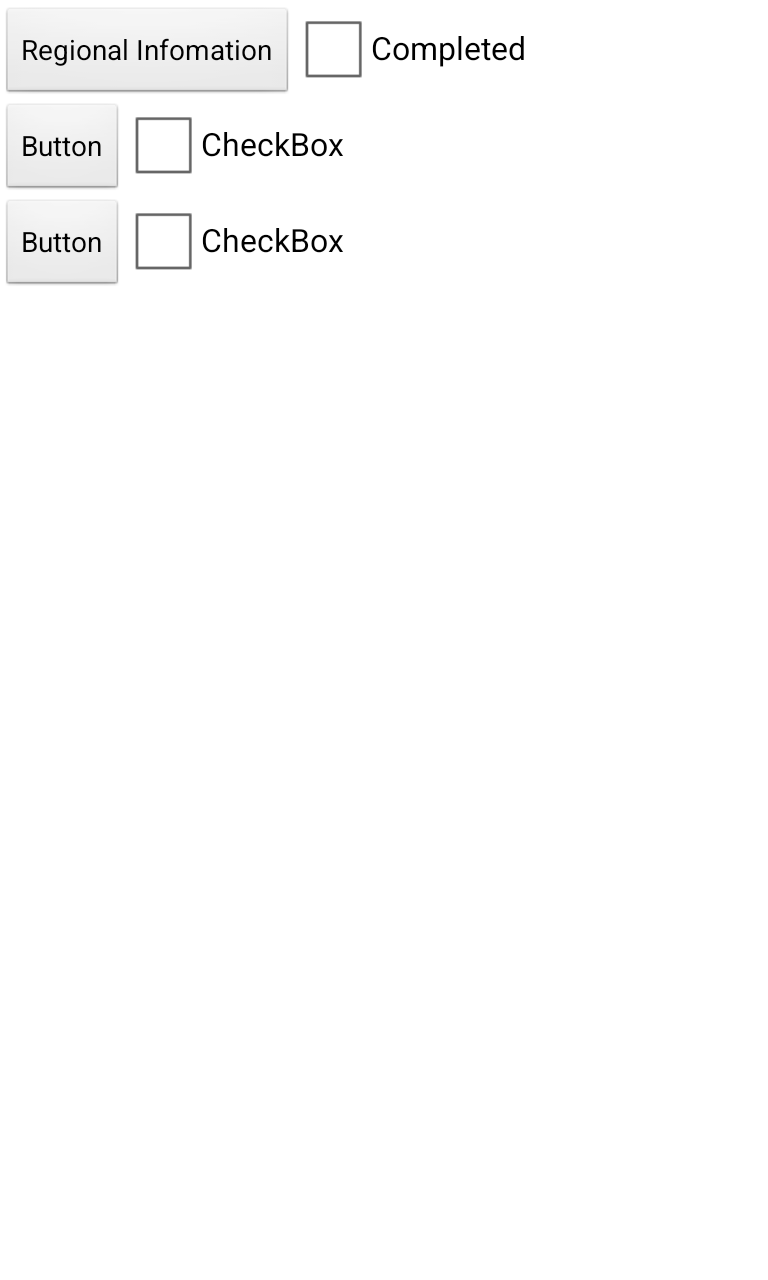
Repository: INBASD/Solar-Power-Project
Layout: Solar power calculator android/res/layout/menu.xml
These files come from the project's save history. The layout is drawn as it stood at one moment and after the next save; the edit follows.
It is drawn on a 768 x 1280 px phone screen (xhdpi) without system bars, with theme AppTheme; the app's code is not run.

Above is the layout before, as saved 2012-09-08 04:29:21.

### Solar power calculator android/res/layout/menu.xml
<?xml version="1.0" encoding="utf-8"?>
<LinearLayout xmlns:android="http://schemas.android.com/apk/res/android"
    android:layout_width="match_parent"
    android:layout_height="match_parent"
    android:orientation="vertical" >

    <LinearLayout
        android:layout_width="match_parent"
        android:layout_height="wrap_content" >

        <Button
            android:id="@+id/button1"
            android:layout_width="wrap_content"
            android:layout_height="wrap_content"
            android:text="@string/areaInfo" />

        <CheckBox
            android:id="@+id/regionDone"
            android:layout_width="wrap_content"
            android:layout_height="wrap_content"
            android:text="Completed" />

    </LinearLayout>

    <LinearLayout
        android:layout_width="match_parent"
        android:layout_height="wrap_content">

        <Button
            android:id="@+id/button2"
            android:layout_width="wrap_content"
            android:layout_height="wrap_content"
            android:text="Button" />

        <CheckBox
            android:id="@+id/checkBox1"
            android:layout_width="wrap_content"
            android:layout_height="wrap_content"
            android:text="CheckBox" />

    </LinearLayout>

     <LinearLayout
        android:layout_width="match_parent"
        android:layout_height="wrap_content">

        <Button
            android:id="@+id/button2"
            android:layout_width="wrap_content"
            android:layout_height="wrap_content"
            android:text="Button" />

        <CheckBox
            android:id="@+id/checkBox1"
            android:layout_width="wrap_content"
            android:layout_height="wrap_content"
            android:text="CheckBox" />

    </LinearLayout>

</LinearLayout>

### Solar power calculator android/res/values/strings.xml
<resources>

    <string name="app_name">Solar Power calculator</string>
    <string name="hello_world">Hello world!</string>
    <string name="menu_settings">Settings</string>
    <string name="title_activity_main">Solar Calculator</string>
    <string name="enterLat">Enter Your Latitude</string>
    <string name="terrif">Enter Terrif</string>
    <string name="bcalc">Calculate!</string>
    <string name="title_activity_displayresults">DisplayResults</string>
    <string name="cloudcvr">Averate Cloud Cover Percentage</string>
    <string name="done">Done</string>
    <string name="areaInfo">Regional Infomation</string>
    <string name="completed">Completed</string>

</resources>

Loaded but not shown: Solar power calculator android/res/values/styles.xml (common file)

After the next save:
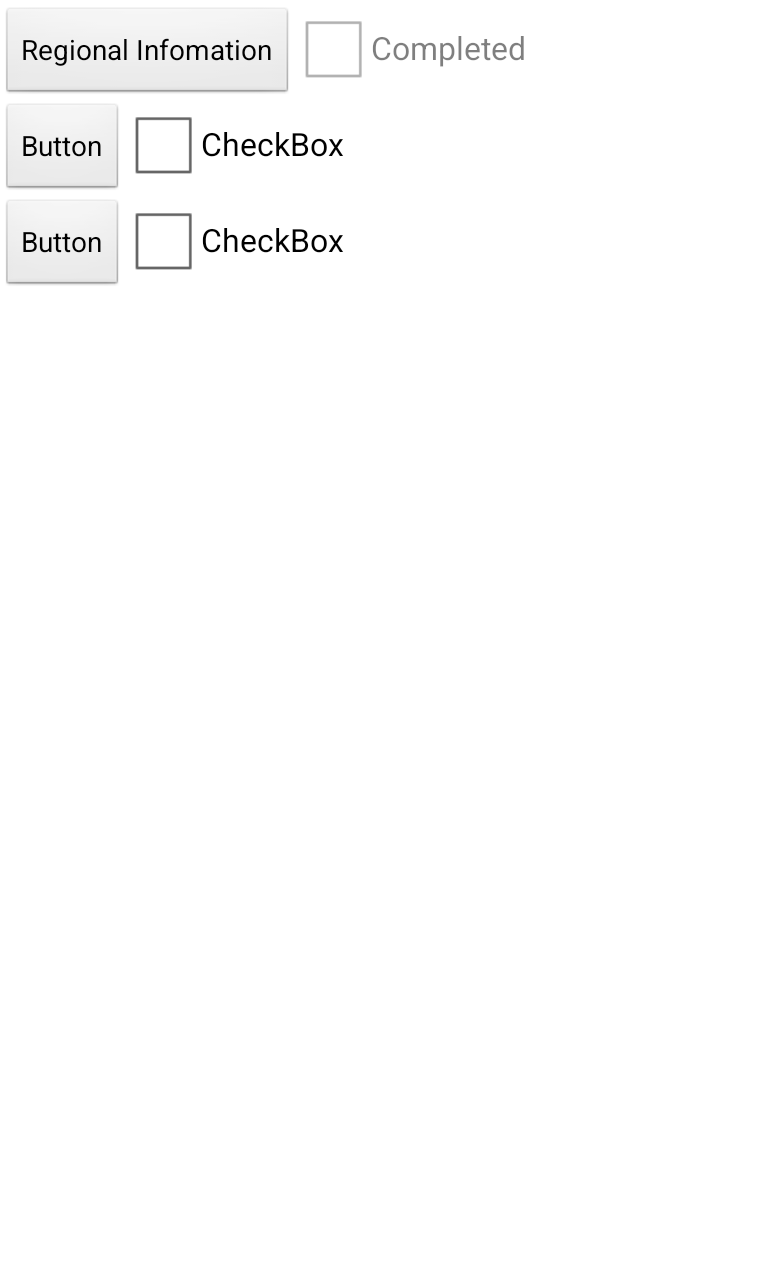
Saved 16 s later.
--- a/Solar power calculator android/res/layout/menu.xml
+++ b/Solar power calculator android/res/layout/menu.xml
@@ -18,7 +18,8 @@
             android:id="@+id/regionDone"
             android:layout_width="wrap_content"
             android:layout_height="wrap_content"
-            android:text="Completed" />
+            android:text="Completed"
+            android:enabled="false" />
 
     </LinearLayout>
 
